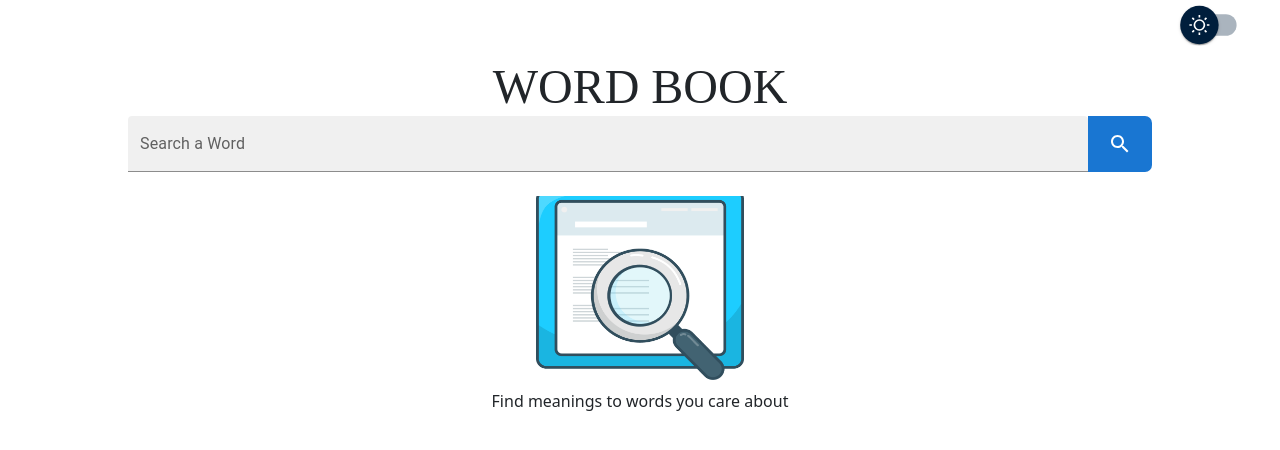
Repository: marveldev/my-dictionary
Page: /
The author's editor kept a copy of each file at every save. The page is drawn from the files as they stood at one save, then again after the next save.
The browser window is 1280 px wide. The pictures show the whole page.
The project was rebuilt for these pictures with package versions that can differ from the ones it lists, and the page was loaded fresh each time. Also part of the build but not shown: src/components/themeSwitcher/MUISwitch.jsx.

Above is the page before, as saved 2022-05-29 18:21:30.

### public/index.html
<!DOCTYPE html>
<html lang="en">
  <head>
    <meta charset="utf-8" />
    <meta name="viewport" content="width=device-width, initial-scale=1" />
    <meta name="theme-color" content="#000000" />
    <meta name="description" content="Web site created using create-react-app" />
    <link
      href="https://cdn.jsdelivr.net/npm/bootstrap@5.1.3/dist/css/bootstrap.min.css"
      rel="stylesheet"
      integrity="sha384-1BmE4kWBq78iYhFldvKuhfTAU6auU8tT94WrHftjDbrCEXSU1oBoqyl2QvZ6jIW3"
      crossorigin="anonymous"
    />
    <link rel="apple-touch-icon" href="./icon-192x192.png" />
    <link rel="icon" href="./icon-192x192.png" />
    <link rel="manifest" href="./manifest.json" />
    <title>My Dictionary</title>
  </head>
  <body>
    <noscript>You need to enable JavaScript to run this app.</noscript>
    <div id="root"></div>
  </body>
</html>

### src/index.js
import React from 'react'
import ReactDOM from 'react-dom'
import App from './App'
import swDev from './swDev'
import './index.css'

ReactDOM.render(
  <React.StrictMode>
    <App />
  </React.StrictMode>,
  document.getElementById('root'),
)
swDev()

### src/App.js
import { useState } from 'react'
import { createTheme } from '@mui/material'
import { Form, Output, ThemeSwitcher } from './components'

const App = () => {
  const [definitions, setDefinitions] = useState([])
  const [appMode, setAppMode] = useState('online')
  const [isLoading, setIsLoading] = useState(null)

  const storedTheme = localStorage.getItem('theme') || 'light'
  const [theme, setTheme] = useState(storedTheme)

  const themePalette = createTheme({
    palette: {
      mode: theme,
    },
  })

  return (
    <div className={`${theme} app`}>
      <div className="top-column top-0 w-100 pb-4">
        <ThemeSwitcher setTheme={setTheme} theme={theme} themePalette={themePalette} />
        <h1 className="text-center">{definitions?.word || 'WORD BOOK'}</h1>
        <Form
          setDefinitions={setDefinitions}
          themePalette={themePalette}
          setAppMode={setAppMode}
          setIsLoading={setIsLoading}
        />
      </div>

      <Output definitions={definitions} appMode={appMode} isLoading={isLoading} />
    </div>
  )
}

export default App

### src/swDev.js
export default function swDev() {
  let swUrl = `${process.env.PUBLIC_URL}/sw.js`
  navigator.serviceWorker.register(swUrl).then(response => {
    console.warn("response", response)
  })
}

### src/index.css
body {
  margin: 0;
}

.app {
  width: 100%;
  height: 100vh;
  transition: all 0.5s linear 0s;
  overflow: auto;
}

.app::-webkit-scrollbar {
  display: none;
}

.top-column {
  position: fixed;
  top: 0;
  width: 100%;
  padding-bottom: 1em;
  background: #fff;
  z-index: 1;
  transition: all 0.5s linear 0s;
}

.theme-switcher {
  text-align: right;
  margin: 1em 0.3em;
}

h1 {
  font-size: 3em;
  font-family: 'Montserrat light', serif;
  text-align: center;
  margin: 0;
}

.form {
  display: flex;
  margin: auto;
  width: 80%;
}

#searchButton {
  border-radius: 0 0.5em 0.5em 0;
  box-shadow: none;
}

.output {
  margin: 11.3em auto 0;
  padding-bottom: 1em;
}

.search-illustration {
  width: 13em;
  height: 13em;
  object-fit: contain;
}

.definition-header {
  padding: 1em 2em;
  font-family: 'Montserrat Medium', serif;
}

.volume-icon {
  transform: scale(1.8);
  color: #000;
}

.definitions-wrapper {
  width: 80%;
  background: #f0f0f0;
}

.definition {
  background: #3b5360;
}

button:active {
  transform: translateY(0.2em);
}

.dark {
  background: #282c34;
  color: #fff;
}

.dark #searchButton {
  background: #1174ff;
  color: #fff;
}

.dark .top-column {
  background: #282c34;
}

.dark .definitions-wrapper {
  background: #3b3f46;
}

.dark .definition {
  background: #355c6c;
}

.dark .volume-icon {
  color: #fff;
}

@media screen and (max-width: 628px) {
  .form {
    width: 95%;
  }

  .output {
    margin-top: 12em;
  }

  .definition-header {
    padding: 0.5em 0;
  }

  .definitions-wrapper {
    width: 95%;
    padding: 0 1em;
  }
}

### src/components/index.js
export { default as Form } from './form/Form'
export { default as Output } from './output/Output'
export { default as ThemeSwitcher } from './themeSwitcher/ThemeSwitcher'

### src/components/form/Form.jsx
import { useState } from 'react'
import debounce from 'lodash.debounce'
import wordList from 'word-list-json'
import { TextField, ThemeProvider, Autocomplete, Button } from '@mui/material'
import SearchIcon from '@mui/icons-material/Search'

const Form = ({ setDefinitions, themePalette, setIsLoading, setAppMode }) => {
  const [filteredWords, setFilteredWords] = useState([])
  const [word, setWord] = useState('')

  const url = `https://api.dictionaryapi.dev/api/v2/entries/en/${word}`

  const doWordFilter = debounce(value => {
    if(value.trim().length >= 1) {
      const wordFilter = wordList?.filter(word => word.startsWith(value.toLowerCase())).slice(0, 30)
      setFilteredWords(wordFilter)
    } else {
      setFilteredWords([])
      setWord('')
      setDefinitions([])
    }
  }, 300)

  const fetchDefinition = async event => {
    event?.preventDefault()
    if (word.trim().length >= 1) {
      setIsLoading(true)

      try {
        const response = await fetch(url)
        const data = await response.json()
        if (data) {
          setIsLoading(null)
          setDefinitions(data[0])
          setAppMode('online')
        }
      } catch (error) {
        setAppMode('offline')
        setDefinitions([])
      }
    }
  }

  return (
    <ThemeProvider theme={themePalette}>
      <>
        <Autocomplete
          freeSolo
          disableClearable
          options={filteredWords.map(word => word)}
          onChange={(event, value) =>
            setWord(value)
          }
          renderInput={params =>
            <form
              className="form d-flex m-auto"
              onSubmit={event => fetchDefinition(event)}
            >
              <TextField
                {...params}
                variant="filled"
                label="Search a Word"
                onChange={event => doWordFilter(event.target.value)}
              />
              <Button type="submit" variant="contained" id="searchButton">
                <SearchIcon />
              </Button>
            </form>
          }
        />
      </>
    </ThemeProvider>
  )
}

export default Form

### src/components/output/Output.jsx
import { IconButton } from '@mui/material'
import VolumeUpIcon from '@mui/icons-material/VolumeUp'
import { searchIllustration, loader } from '../assets'

const Output = ({ definitions, isLoading, appMode }) => {
  const playWord = (url) => {
    const audio = new Audio(url)
    audio?.play()
  }

  return (
    <div className="output">
      {isLoading && appMode === 'online' && (
        <div className="text-center">
          <img src={loader} alt="loading" />
        </div>
      )}

      {!isLoading && (
        <>
          {!definitions && (
            <div className="text-center fs-4 px-4">
              😞 we couldn't find definitions for the word you are looking for.
            </div>
          )}

          {definitions?.length <= 0 && (
            <div className="text-center">
              <img src={searchIllustration} className="search-illustration" alt="search illustration" />
              <p>Find meanings to words you care about</p>
            </div>
          )}

          {definitions?.meanings && (
            <div className="definitions-wrapper m-auto pb-4 rounded">
              <div className="definition-header d-flex align-items-center gap-3">
                {definitions.phonetics[0]?.audio && (
                  <IconButton onClick={() => playWord(definitions.phonetics[0]?.audio)}>
                    <VolumeUpIcon className="volume-icon" />
                  </IconButton>
                )}
                <div>
                  <p className="m-0 fs-5">{definitions?.word}</p>
                  {definitions?.phonetic && <p className="m-0">{definitions?.phonetic}</p>}
                </div>
              </div>
              <ul className="mx-lg-5 ps-0">
                {definitions?.meanings.map((meaning, index) => (
                  <li key={index}>
                    <p>"partOfSpeech": {meaning.partOfSpeech}</p>
                    {meaning.definitions?.map((data, index) => (
                      <div key={index} className="definition text-white rounded p-2 mb-3">
                        <p className="fw-bold">{data.definition}</p>
                        <p>
                          <span className="me-2 fw-bold">Example:</span>
                          {data.example}
                        </p>
                        <p className="mb-0">
                          <span className="me-2 fw-bold">Synonyms:</span>
                          {data.synonyms.join(', ')}
                        </p>
                      </div>
                    ))}
                  </li>
                ))}
              </ul>
            </div>
          )}
        </>
      )}

      {appMode === 'offline' && (
        <div className="text-center fs-4">😞 you are in offline mode or some issue with connection.</div>
      )}
    </div>
  )
}

export default Output

### src/components/themeSwitcher/ThemeSwitcher.jsx
import { FormControlLabel } from '@mui/material'
import { MaterialUISwitch } from './MUISwitch'

const ThemeSwitcher = ({ theme, setTheme, themePalette }) => {
  const switchTheme = () => {
    const currentTheme = theme === 'dark' ? 'light' : 'dark'
    setTheme(currentTheme)
    localStorage.setItem('theme', currentTheme)
  }

  return (
    <div className="theme-switcher text-end mx-lg-4 mt-2">
      <FormControlLabel
        label=""
        control={
          <MaterialUISwitch
            theme={themePalette}
            onChange={switchTheme}
            checked={theme === 'dark' && true}
            aria-label="switch theme"
          />
        }
      />
    </div>
  )
}

export default ThemeSwitcher

### src/components/assets/index.js
export { default as searchIllustration } from './searchIllustration.png'
export { default as loader } from './loader.svg'

After the next save:
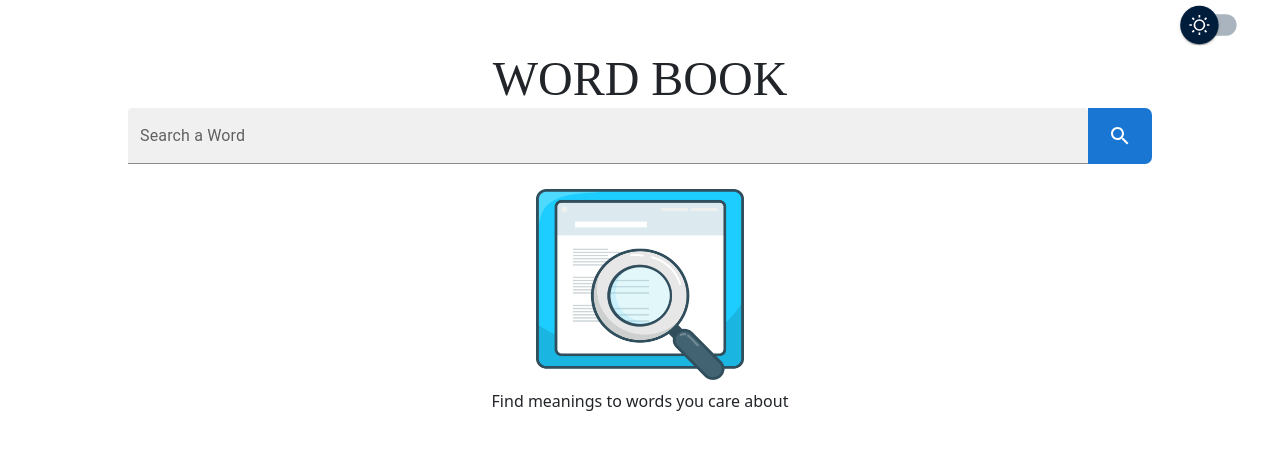
Saved 43 s later.
--- a/src/index.css
+++ b/src/index.css
@@ -25,7 +25,7 @@ body {
 
 .theme-switcher {
   text-align: right;
-  margin: 1em 0.3em;
+  margin: 1em 0.3em 0.5em;
 }
 
 h1 {
